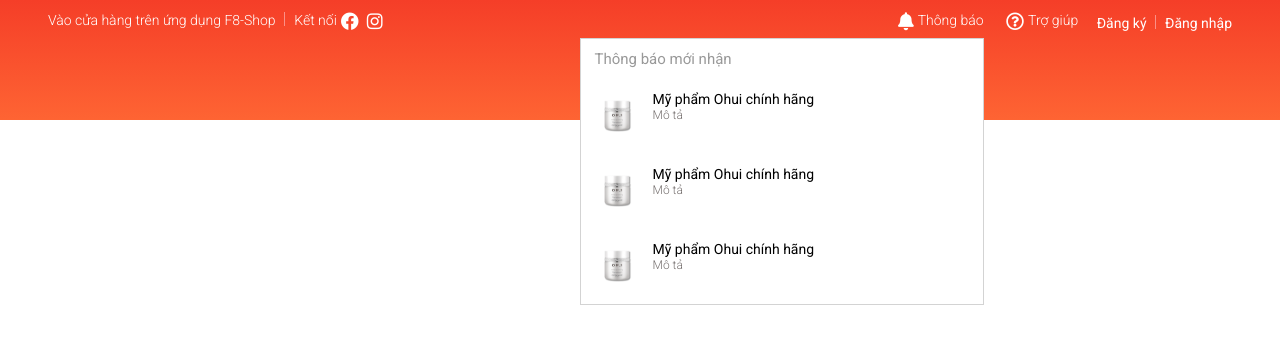
Repository: tvhoangit/tvhoangit.github.io
Page: Shoppe/index.html
These files come from the project's save history. The page is drawn as it stood at one moment and after the next save; the edit follows.
The browser window is 1280 px wide. The pictures show the whole page.

Above is the page before, as saved 2021-10-15 18:58:50.

### Shoppe/index.html
<!DOCTYPE html>
<html lang="en">
<head>
    <meta charset="UTF-8">
    <meta http-equiv="X-UA-Compatible" content="IE=edge">
    <meta name="viewport" content="width=device-width, initial-scale=1.0">
    <title>Document</title>
    <link rel="stylesheet" href="https://cdnjs.cloudflare.com/ajax/libs/normalize/8.0.1/normalize.min.css">
    <link rel="stylesheet" href="./assets/css/base.css">
    <link rel="stylesheet" href="./assets/css/main.css">
    <link rel="stylesheet" href="./assets/fonts/fontawesome-free-5.15.4-web/fontawesome-free-5.15.4-web/css/all.min.css">
    <link href="https://fonts.googleapis.com/css2?family=Open+Sans&family=Roboto:wght@300;400;500;700;900&display=swap" rel="stylesheet">
</head>
<body>

    <div class="app">
        <header class="header">
            <div class="grid">
                <nav class="header__navbar">
                    <ul class="header__navbar-list">
                        <li class="header__navbar-item header__navbar-item--qr header__navbar-item--separate">
                            Vào cửa hàng trên ứng dụng F8-Shop
                            <div class="header__qr">
                                <img src="./assets/img/QR.png" alt="QR code" class="header__qr-img">
                                <div class="header__qr-apps">
                                    <a href="" class="header__qr-link">
                                        <img src="./assets/img/gg_play.jpg" alt="GG Play" class="header__qr-dowload-img">
                                    </a>
                                    <a href="" class="header__qr-link">
                                        <img src="./assets/img/apstore.jpg" alt="ApStore" class="header__qr-dowload-img">
                                    </a>
                                </div>
                            </div>
                        </li>
                        <li class="header__navbar-item">
                            <span class="header__navbar-title--no-pointer">Kết nối</span>
                            <a href="" class="header__navbar-icon-link">
                                <i class="header__navbar--icon fab fa-facebook"></i>
                            </a>
                            <a href="" class="header__navbar-icon-link">
                                <i class="header__navbar--icon fab fa-instagram"></i>
                            </a>
                        </li>
                    </ul>

                    <ul class="header__navbar-list">
                        <li class="header__navbar-item">
                            <i class="header__navbar--icon fas fa-bell"></i>
                            <a href="" class="header__navbar-item-link">Thông báo</a>
                            <div class="header__notify">
                                <header class="header__notify--header">
                                    <h3>Thông báo mới nhận</h3>
                                </header>
                                <ul class="header__notify-list">
                                    <li class="header__notify-item">
                                        <a href="" class="header__notify-link">
                                            <span>
                                                <img src="./assets/img/myphamohui.png" alt="" class="header__notify-img">
                                            </span>
                                            <div class="header__notify-info">
                                                <span class="header__notify-name">Mỹ phẩm Ohui chính hãng</span>
                                                <span class="header__notify-description">Mô tả</span>
                                            </div>
                                        </a>
                                    </li>
                                    <li class="header__notify-item">
                                        <a href="" class="header__notify-link">
                                            <span>
                                                <img src="./assets/img/myphamohui.png" alt="" class="header__notify-img">
                                            </span>
                                            <div class="header__notify-info">
                                                <span class="header__notify-name">Mỹ phẩm Ohui chính hãng</span>
                                                <span class="header__notify-description">Mô tả</span>
                                            </div>
                                        </a>
                                    </li>
                                    <li class="header__notify-item">
                                        <a href="" class="header__notify-link">
                                            <span>
                                                <img src="./assets/img/myphamohui.png" alt="" class="header__notify-img">
                                            </span>
                                            <div class="header__notify-info">
                                                <span class="header__notify-name">Mỹ phẩm Ohui chính hãng</span>
                                                <span class="header__notify-description">Mô tả</span>
                                            </div>
                                        </a>
                                    </li>
                                </ul>
                            </div>
                        </li>
                        <li class="header__navbar-item">
                            <i class="header__navbar--icon far fa-question-circle"></i>
                            <a href="" class="header__navbar-item-link">Trợ giúp</a>
                        </li>
                        <li class="header__navbar-item header__navbar-item--strong header__navbar-item--separate">Đăng ký</li>
                        <li class="header__navbar-item header__navbar-item--strong">Đăng nhập</li>
                    </ul>
                </nav>
            </div>
        </header>
    </div>
    <div class="container">


    </div>
    <div class="footer">

    </div>

</body>
</html>

### Shoppe/assets/css/base.css
:root{
    --primary-color: #EE4D2D;
    --white-color: #fff;
    --black-color: #000;
    --text-color: #333;
}

*{
    box-sizing: inherit;
}

html{
    font-size: 62.5%;
    line-height: 1.6rem;
    font-family: 'Roboto', sans-serif;
    box-sizing: border-box;
}

.grid{
    width: 1200px;
    max-width: 100%;
    margin: 0 auto;
}

.grid__full-width{
    width: 100%;
}

.grid__row{
    display: flex;
    flex-wrap: wrap;
}

/* Animation */
@keyframes fadeIn {
    from {
        opacity: 0;
    }
    to {
        opacity: 1;
    }
}

### Shoppe/assets/css/main.css
.header {
    height: 120px;
    background-image: linear-gradient(0, #fe6433, #f53e28);
}
.header__navbar {
    display: flex;
    justify-content: space-between;
    padding-top: 8px;
}
.header__navbar-list {
    list-style: none;
    padding-left: 0;
    margin-top: 4px;
}
.header__navbar-item {
    display: inline-block;
    margin: 0 8px 0px 8px;
    position: relative;
    min-height: 26px;
}
.header__navbar-item--qr:hover .header__qr {
    display: block;
}
.header__navbar-item,
.header__navbar-item-link {
    font-size: 1.4rem;
    color: var(--white-color);
    text-decoration: none;
    font-weight: 300;
}
.header__navbar-item:hover,
.header__navbar-icon-link:hover,
.header__navbar-item-link:hover {
    color: rgba(255, 255, 255, 0.7);
    cursor: pointer;
}
.header__navbar-item,
.header__navbar-item-link,
.header__navbar-icon-link{
    display: inline-flex;
    text-align: center;
}
.header__navbar-item--strong {
    font-weight: 400;
}
.header__navbar-item--separate::after {
    content: "";
    display: block;
    position: absolute;
    border-left: 1px solid #FB9086;
    height: 14px;
    right: -9px;
    top: 25%;
    transform: translateY(-50%);
}
.header__navbar-icon-link {
    color: var(--white-color);
    text-decoration: none;
}
.header__navbar--icon {
    font-size: 1.8rem;
    margin: 0 4px;
}
.header__navbar-title--no-pointer {
    cursor: text;
    color: var(--white-color);
}
.header__qr {
    width: 186px;
    background-color: var(--white-color);
    position: absolute;
    left: 0;
    top: 100%;
    padding: 8px;
    border-radius: 2px;
    display: none;
    animation: fadeIn ease 0.3s;
}
.header__qr-img {
    width: 100%;
}
.header__qr-apps {
    display: flex;
    justify-content: space-between;
}
.header__qr-link {
    margin: 0px 11px;
}
.header__qr-dowload-img {
    height: 15px;
}

/* Header notification */
.header__notify {
    position: absolute;
    top: 100%;
    width: 404px;
    right: 0;
    border: 1px solid #D3D3D3;
    background-color: var(--white-color);
}
.header__notify--header {
    height: 40px;
    background-color: var(--white-color);
    margin-top: -15px;
}
.header__notify--header h3 {
    color: #999;
    margin-right: 237px;
    font-weight: 400;
    font-size: 1.5rem;
    line-height: 40px;

}
.header__notify-list {
    padding-left: 0;
}
.header__notify-item {
    display: flex;
}
.header__notify-item--viewed {
    background-color: rgba(238,75,43,0.08);
}
.header__notify-link {
    display: flex;
    width: 100%;
    padding: 12px;
    text-decoration: none;
}
.header__notify-img {
    width: 48px;
}
.header__notify-info {
    margin-left: 12px;
}
.header__notify-name {
    display: block;
    font-size: 1.4rem;
    color: var(--black-color);
    font-weight: 400;
}
.header__notify-description {
    display: block;
    font-size: 1.2rem;
    line-height: 1.6rem;
    color: #756F6E;
    text-align: left;
}

Loaded but not shown: Shoppe/assets/fonts/fontawesome-free-5.15.4-web/fontawesome-free-5.15.4-web/css/all.min.css (library)

After the next save:
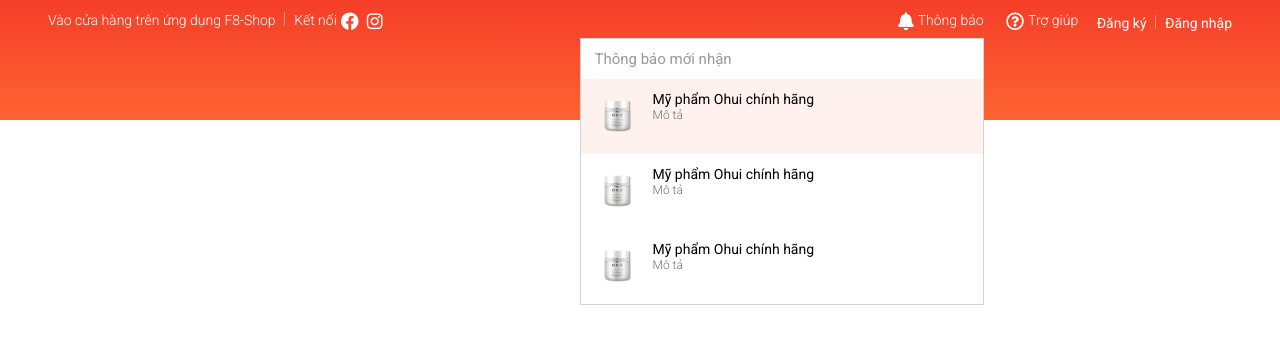
Saved 2 s later.
--- a/Shoppe/index.html
+++ b/Shoppe/index.html
@@ -52,7 +52,7 @@
                                     <h3>Thông báo mới nhận</h3>
                                 </header>
                                 <ul class="header__notify-list">
-                                    <li class="header__notify-item">
+                                    <li class="header__notify-item header__notify-item--viewed">
                                         <a href="" class="header__notify-link">
                                             <span>
                                                 <img src="./assets/img/myphamohui.png" alt="" class="header__notify-img">
